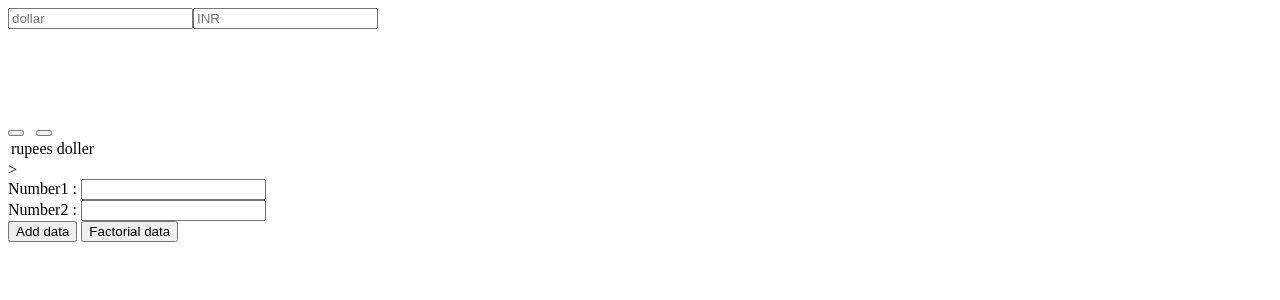
Repository: ravikumar0303/Advance-Java
Page: Factorial/src/main/webapp/factorial.html
These files come from the project's save history. The page is drawn as it stood at one moment and after the next save; the edit follows.
The browser window is 1280 px wide. The pictures show the whole page.

Above is the page before, as saved 2023-06-21 03:39:43.

### Factorial/src/main/webapp/factorial.html
<!DOCTYPE html>
<html>
<head>
<meta charset="ISO-8859-1">
<title>Insert title here</title>
</head>
<body>
<form action="cal" method="get">
<table>
<tr><td>rupees</td><td>doller</td></tr>
 <input type="text" name="dollar" id="d1" placeholder="dollar"></input>
 <input type="text" name="inr" id="i1" placeholder="INR"></input>
  <br></br>  <br></br>  <br></br>
<button type="submit" id="dollar" name="btn" value="add"></button>
 &nbsp;
<button type="submit" id="inr" name="btn" value="factorial"></button>
</table>
</form>>
</body>
</html>
<body>
<form action="calc" method="get">
  Number1 : <input type="text" name="num1" id="n1"><br>
  Number2 : <input type="text" name="num2" id="n2"><br>
  <button type="submit" name="btn" id="add" value="add">Add data</button>
   <button type="submit" name="btn" id="fact" value="factorial">Factorial data</button>
</form>

After the next save:
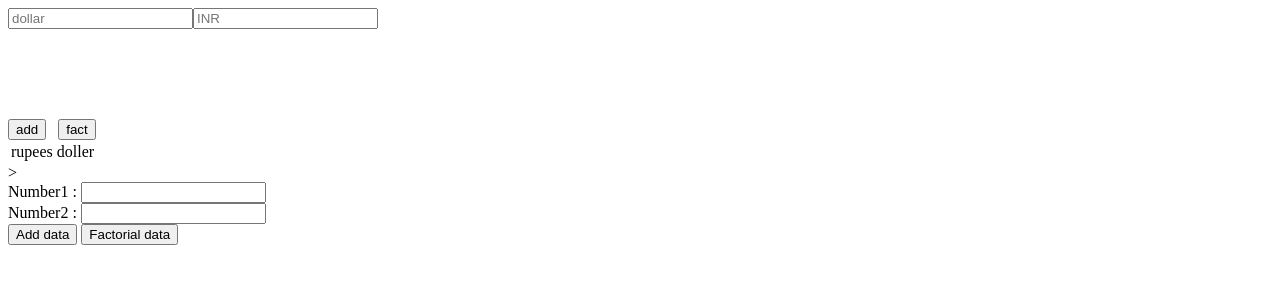
Saved 16 s later.
--- a/Factorial/src/main/webapp/factorial.html
+++ b/Factorial/src/main/webapp/factorial.html
@@ -11,9 +11,9 @@
  <input type="text" name="dollar" id="d1" placeholder="dollar"></input>
  <input type="text" name="inr" id="i1" placeholder="INR"></input>
   <br></br>  <br></br>  <br></br>
-<button type="submit" id="dollar" name="btn" value="add"></button>
+<button type="submit" id="dollar" name="btn" value="add">add</button>
  &nbsp;
-<button type="submit" id="inr" name="btn" value="factorial"></button>
+<button type="submit" id="inr" name="btn" value="factorial">fact</button>
 </table>
 </form>>
 </body>
